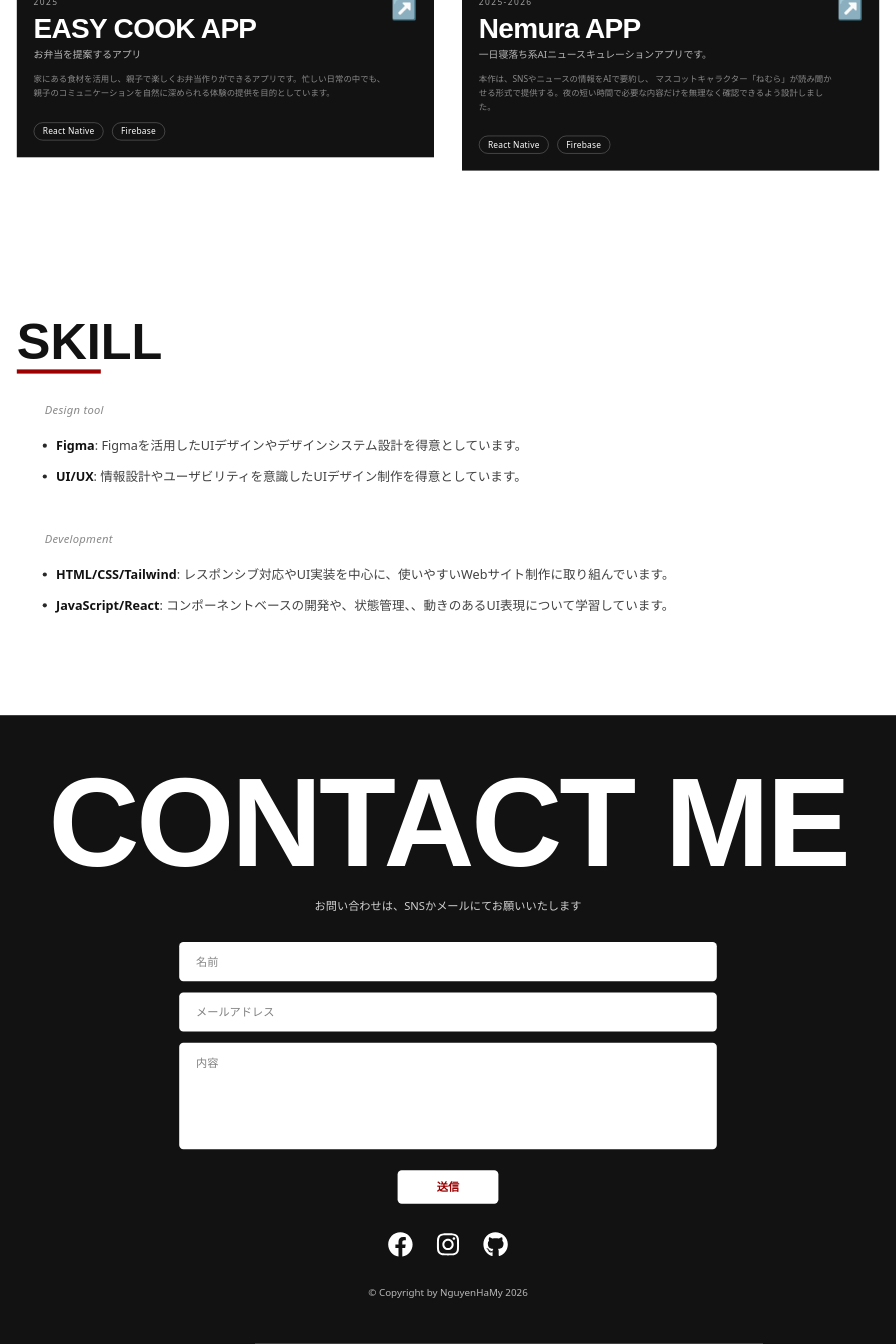
Repository: meme2603/Portfolio-HaMy
Page: / (app in my-portfolio/)
These files come from the project's save history. The page is drawn as it stood at one moment and after the next save; the edit follows.
The browser window is 1280 px wide. The pictures show the part of the page from y = 4354 to 6274 px (the page is 6274 px tall before and 6258 px after), at 70% of full size.
Some web fonts or font styles are not loaded; a fallback is used. The project was rebuilt for these pictures with package versions that can differ from the ones it lists, and the page was loaded fresh each time. Also part of the build but not shown: my-portfolio/vite.config.js.

Above is the page before, as saved 2026-05-29 14:54:00.

### my-portfolio/index.html
<!doctype html>
<html lang="ja">
  <head>
    <meta charset="UTF-8" />

    <link rel="icon" type="image/png" href="/memex2.png" />
    <meta name="viewport" content="width=device-width, initial-scale=1.0" />
    <title>My Portfolio</title>
    <link rel="preconnect" href="https://fonts.googleapis.com" />
    <link rel="preconnect" href="https://fonts.gstatic.com" crossorigin />
    <link
      href="https://fonts.googleapis.com/css2?family=Akshar:wght@300..700&family=Poppins:wght@300;400;600;700&display=swap"
      rel="stylesheet"
    />
  </head>
  <body>
    <div id="root"></div>

    <script type="module" src="/src/main.jsx"></script>
  </body>
</html>

### my-portfolio/src/main.jsx
import React from "react";
import ReactDOM from "react-dom/client";
import App from "./App";
import "./index.css";

ReactDOM.createRoot(document.getElementById("root")).render(
  <React.StrictMode>
    <App />
  </React.StrictMode>,
);

### my-portfolio/src/App.jsx
import Header from "./components/Header";
import Hero from "./components/Hero";
import About from "./components/About";
import Projects from "./components/Projects";
import Skills from "./components/Skills";
import Contact from "./components/Contact";
function App() {
  return (
    <div className="App">
      <Header />
      <Hero />
      <About />
      <Projects />
      <Skills />
      <Contact />
    </div>
  );
}

export default App;

### my-portfolio/src/index.css
@import "tailwindcss";
@theme {
  --color-primary: #9c0000;
  --color-background: #fff;
  --color-font: #121212;

  --opacity-overlay: 0.65;
  --opacity-glass: 0.1;

  --font-poppins: "Poppins", sans-serif;
  --font-akshar: "Akshar", sans-serif;
}

### my-portfolio/src/components/Header.jsx
import { useState } from "react";
function MenuItem({ text }) {
  return (
    <li>
      <a
        href={`#${text.toLowerCase()}`}
        className="text-primary text-xl relative group transition-colors"
      >
        {text}
        <span
          className="
            absolute left-0 -bottom-[4px] w-0 h-[1px] bg-primary
            transition-all duration-300 group-hover:w-full
          "
        ></span>
      </a>
    </li>
  );
}

function Header() {
  const [isOpen, setIsOpen] = useState(false);
  const menuItems = ["About", "Projects", "Contact"];
  return (
    <header className="fixed top-0 left-0 w-full h-24 bg-background border-b border-gray-300 z-60">
      <div className="max-w-7xl mx-auto h-full px-6 flex justify-between items-center">
        <div className="shrink-0">
          <a
            href="/"
            className="text-4xl text-primary font-semibold font-akshar"
          >
            HA MY
          </a>
        </div>

        <nav className="hidden lg:block">
          <ul className="flex space-x-10">
            {menuItems.map((item) => (
              <MenuItem key={item} text={item} />
            ))}
          </ul>
        </nav>

        <button
          onClick={() => setIsOpen(!isOpen)}
          className="block lg:hidden text-primary focus:outline-none z-50"
          aria-label="Menu"
        >
          <svg
            xmlns="http://www.w3.org/2000/svg"
            className="h-8 w-8"
            fill="none"
            viewBox="0 0 24 24"
            stroke="currentColor"
          >
            <path
              strokeLinecap="round"
              strokeLinejoin="round"
              strokeWidth="2"
              d={isOpen ? "M6 18L18 6M6 6l12 12" : "M4 6h16M4 12h16M4 18h16"}
            />
          </svg>
        </button>

        <div
          className={`
            absolute top-24 left-0 w-full bg-background border-b border-gray-300
            flex flex-col items-center shadow-lg lg:hidden
            overflow-hidden transition-all duration-700 ease-in-out
            ${isOpen ? "max-h-96 opacity-100 py-8 space-y-6" : "max-h-0 opacity-0 py-0 space-y-0 border-none"}
          `}
        >
          <div className="flex flex-col items-center w-full py-6 space-y-6">
            <a
              href="#about"
              onClick={() => setIsOpen(false)}
              className="text-primary text-2xl transition-opacity duration-700"
            >
              About
            </a>
            <a
              href="#projects"
              onClick={() => setIsOpen(false)}
              className="text-primary text-2xl transition-opacity duration-700"
            >
              Projects
            </a>
            <a
              href="#contact"
              onClick={() => setIsOpen(false)}
              className="text-primary text-2xl transition-opacity duration-700"
            >
              Contact
            </a>
          </div>
        </div>
      </div>
    </header>
  );
}

export default Header;

### my-portfolio/src/components/Hero.jsx
import avatarImg from "../assets/avatar.png";
function Hero() {
  return (
    <section className="relative w-full h-[calc(100vh-88px)] mt-24 bg-background overflow-hidden flex flex-col items-center pb-16">
      <div className="w-full pt-10 pb-5 z-20">
        <h1
          className="
            text-[90px]
            md:text-[140px]
            lg:text-[210px]
            font-bold
            font-akshar
            text-center
            leading-[0.7]
            text-font
            tracking-tighter
          "
        >
          PORTFOLIO
        </h1>
      </div>

      <div className="relative w-full max-w-[1440px] flex flex-col md:flex-row items-center md:items-end justify-center z-30">
        {/* LEFT */}
        <div className="flex-1 flex justify-center pb-8 md:pb-60 lg:pb-80">
          <div className="flex flex-col items-center text-center space-y-2">
            <p className="text-sm md:text-base lg:text-lg font-poppins">Hi!</p>

            <p className="text-sm md:text-base lg:text-lg font-poppins">
              My name is{" "}
              <span className="font-semibold text-base md:text-lg lg:text-xl font-poppins">
                NGUYEN THI HA MY
              </span>
            </p>

            <p className="text-base md:text-lg lg:text-xl font-light">
              I'm from VietNam
            </p>
          </div>
        </div>

        <div className="relative flex justify-center shrink-0">
          <img
            src={avatarImg}
            alt="Ha My"
            className="
              block
              h-[320px]
              md:h-[460px]
              lg:h-[601px]
              object-cover

            "
          />
        </div>

        <div className="flex-1 flex justify-center pb-8 md:pb-60 lg:pb-80">
          <div className="flex flex-col text-center space-y-2">
            <p className="text-base md:text-lg lg:text-xl font-light">
              I'm{" "}
              <span className="font-semibold text-base md:text-lg lg:text-xl">
                UI/UX Designer
              </span>{" "}
              and
            </p>

            <p className="text-base md:text-lg lg:text-xl font-semibold font-poppins">
              Design Engineer
            </p>

            <p className="text-sm md:text-base lg:text-lg font-light font-poppins">
              Now I'm living in Japan.
            </p>
          </div>
        </div>
      </div>
      <div className="absolute h-13 bottom-0 left-0 w-full bg-font py-3 md:py-4"></div>
      <div className="relative w-full mt-0 md:mt-0 lg:-mt-40 z-40">
        <div className="relative flex justify-center leading-none -mb-8 lg:-mb-12">
          <span
            className="
              absolute
              inset-0
              flex
              justify-center
              translate-x-[4px]
              translate-y-[4px]
              lg:text-[200px]
              md:text-[110px]
              sm:text-[80px]
              font-bold
              font-akshar
              tracking-tighter
              text-font
            "
          >
            Designer
          </span>

          <h2
            className="
              relative
              lg:text-[200px]
              md:text-[110px]
              sm:text-[80px]
              font-bold
              font-akshar
              tracking-tighter
              text-primary
            "
          >
            Designer
          </h2>
        </div>
      </div>

      {/* <div
        className="absolute
                  bottom-3
                  left-1/2
                  -translate-x-1/2
                  z-50
                  px-10
                  py-0.5"
      >
        <p className="text-background text-center text-[10px] md:text-xs font-light tracking-[2px]">
          This is my portfolio. Hope you enjoy it !
        </p>
      </div> */}
    </section>
  );
}

export default Hero;

### my-portfolio/src/components/About.jsx
import aboutImg from "../assets/about.jpg";
function About() {
  return (
    <section className="relative w-full h-auto py-24 bg-background overflow-hidden mt-16">
      <div className="max-w-7xl mx-auto px-6 md:px-10">
        {/* TITLE */}
        <div className="mb-16">
          <h1 className="text-5xl md:text-6xl lg:text-7xl font-bold font-akshar text-font leading-none">
            ABOUT ME
          </h1>

          <div className="w-[80px] md:w-[100px] lg:w-[120px] lg:h-[6px] md:h-[5px] h-[4px] bg-primary mt-1"></div>
        </div>

        {/* CONTENT */}
        <div className="flex flex-col lg:flex-row items-center lg:items-start gap-16">
          {/* LEFT */}
          <div className="w-full lg:w-[380px] shrink-0">
            <div className="bg-white rounded-2xl shadow-md p-5">
              <img
                src={aboutImg}
                alt="About Me"
                className="w-full  h-[300px] object-cover rounded-xl"
              />

              <div className="mt-5">
                <h2 className="text-3xl font-akshar font-bold tracking-wide text-font">
                  NGUYEN THI HA MY
                </h2>

                <p className="text-font/70 text-lg mt-1">2001.03.30</p>
              </div>

              <div className="flex gap-3 mt-6">
                <span className="border border-font rounded-full px-4 py-2 text-sm">
                  UI/UX Designer
                </span>

                <span className="border border-font rounded-full px-4 py-2 text-sm">
                  Design Engineer
                </span>
              </div>
            </div>
          </div>

          {/* RIGHT */}
          <div className="flex-1 max-w-[760px]">
            <h2 className="text-2xl md:text-3xl font-semibold font-akshar text-primary tracking-[4px] mb-8">
              PROFILE!!
            </h2>

            <div className="space-y-6 text-font leading-[2.2] text-sm md:text-base lg:text-lg">
              <p>
                ベトナム出身の
                <span className="font-semibold">
                  グエン ティ ハ ミー（ NGUYEN THI HA MY）
                </span>
                です。
              </p>

              <p>
                現在は専門学校で、
                <span className="font-semibold">デザインやコーディング </span>
                について学びながらWeb制作やフロントエンド技術の基礎を学んでおります。
              </p>

              <p>
                2021年に来日し、最初の1年間は日本語学校で日本語を学びました。
                <br />
                その後、ビジネス専門学校に進学し、日本の文化やビジネスマナー、コミュニケーション力を身につけてまいりました。
                その中で、コンピュータの授業を通して、Webデザインという職業があることを初めて知り、興味を持つようになりました。
              </p>

              <p>
                留学生として日本とベトナム両方の文化に触れてきた経験を活かし、将来はユーザーの多様な視点やニーズを理解し、最適な体験をデザインする
                <span className="font-semibold text-primary text-xl">
                  UI/UXデザイナー
                </span>
                を目指しております。
              </p>
            </div>
          </div>
        </div>
      </div>
    </section>
  );
}
export default About;

### my-portfolio/src/components/Projects.jsx
import ProjectSection from "./ProjectSection";
import { websiteProjects, appProjects } from "./ProjectsData";

function Projects() {
  return (
    <section className="pt-20 bg-background">
      <div className="max-w-7xl mx-auto px-6">
        <h1 className="text-5xl md:text-6xl lg:text-7xl font-akshar font-bold text-font">
          PROJECTS
        </h1>
        <div className="w-[80px] md:w-[100px] lg:w-[120px] lg:h-[6px] md:h-[5px] h-[4px] bg-primary mt-1 mb-20"></div>
        <ProjectSection
          title="Website Design"
          description="学校で学んだ知識を活かし、企画からデザイン、コーディングまで一貫して制作したWebプロジェクトです。"
          projects={websiteProjects}
        />
        <ProjectSection
          title="Application Design"
          description="チームプロジェクトとして、企画からUI/UX設計までチームで共同制作したモバイルアプリです。"
          projects={appProjects}
        />
      </div>
    </section>
  );
}

export default Projects;

### my-portfolio/src/components/Skills.jsx
import { skillData } from "./ProjectsData";

function Skill() {
  return (
    <section className="w-full pt-20 pb-16">
      <div className="max-w-7xl mx-auto px-6 pb-10">
        <h2 className="text-5xl md:text-6xl lg:text-7xl font-bold font-akshar text-font leading-none">
          SKILL
        </h2>

        <div className="w-[80px] md:w-[100px] lg:w-[120px] lg:h-[6px] md:h-[5px] h-[4px] bg-primary mt-1"></div>
      </div>

      <div className="max-w-7xl mx-auto px-16 space-y-16">
        {skillData.map((group, index) => (
          <div key={index}>
            <h3 className="text-base font-medium text-font/50 mb-6 tracking-wide italic">
              {group.category}
            </h3>

            <ul className="space-y-4 pl-4">
              {group.skills.map((skill, sIndex) => (
                <li key={sIndex} className="list-disc text-font/90 text-lg">
                  <span className="font-bold text-font">{skill.name}</span>
                  <span className="text-font/80 font-light">
                    : {skill.status} {skill.desc}
                  </span>
                </li>
              ))}
            </ul>
          </div>
        ))}
      </div>
    </section>
  );
}

export default Skill;

### my-portfolio/src/components/Contact.jsx
import { FaFacebook, FaInstagram, FaGithub } from "react-icons/fa";

function Contact() {
  return (
    <section className="bg-font text-background py-16 overflow-hidden mt-20">
      <div className="max-w-7xl mx-auto px-6">
        <h1
          className="
                text-center
                font-akshar
                font-bold
                leading-none
                tracking-tight
                text-[70px]
                sm:text-[100px]
                md:text-[140px]
                lg:text-[180px]
                "
        >
          CONTACT ME
        </h1>
        <p
          className="
                text-center
                text-sm
                md:text-base
                text-white/80
                mt-4
                mb-10
                "
        >
          お問い合わせは、SNSかメールにてお願いいたします
        </p>
        <form className="max-w-3xl mx-auto">
          <input
            type="text"
            placeholder="名前"
            className="
                    w-full
                    bg-background
                    text-font
                    rounded-md
                    px-6
                    py-4
                    mb-4
                    outline-none
                "
          />
          <input
            type="email"
            placeholder="メールアドレス"
            className="
                    w-full
                    bg-white
                    text-black
                    rounded-md
                    px-6
                    py-4
                    mb-4
                    outline-none
                "
          />
          <textarea
            placeholder="内容"
            rows="5"
            className="
                    w-full
                    bg-white
                    text-black
                    rounded-md
                    px-6
                    py-4
                    outline-none
                    resize-none
                "
          ></textarea>
          <div className="flex justify-center mt-6">
            <button
              className="
                    bg-background
                    text-primary
                    px-14
                    py-3
                    rounded-md
                    font-semibold
                    transition-all
                    duration-300
                    hover:scale-105
                    "
            >
              送信
            </button>
          </div>
        </form>
        <div className="flex justify-center gap-8 mt-10 text-4xl">
          <a href="/" className="hover:scale-110 transition-all duration-300">
            <FaFacebook />
          </a>

          <a href="/" className="hover:scale-110 transition-all duration-300">
            <FaInstagram />
          </a>

          <a href="/" className="hover:scale-110 transition-all duration-300">
            <FaGithub />
          </a>
        </div>

        {/* COPYRIGHT */}
        <p
          className="
                text-center
                text-sm
                text-background/70
                mt-10
                "
        >
          © Copyright by NguyenHaMy 2026
        </p>
      </div>
    </section>
  );
}

export default Contact;

### my-portfolio/src/components/ProjectSection.jsx
import ProjectCard from "./ProjectCard";

function ProjectSection({ title, description, projects }) {
  return (
    <section className="mb-32">
      <h2
        className="
          text-[32px]
          leading-none
          font-bold
          font-akshar
          tracking-tight
          text-primary
        "
      >
        {title}
      </h2>

      <p
        className="
          mt-4
          text-font/70
          leading-relaxed
        "
      >
        {description}
      </p>

      <div className="grid grid-cols-1 md:grid-cols-2 gap-10 mt-14">
        {projects.slice(0, 4).map((project, index) => (
          <ProjectCard
            key={index}
            year={project.year}
            title={project.title}
            titleJP={project.titleJP}
            description={project.desc}
            tags={project.tags}
            image={project.img}
          />
        ))}
      </div>
    </section>
  );
}

export default ProjectSection;

### my-portfolio/src/components/ProjectsData.js
// projectsData.js
// 1. Import ảnh ở đầu file để JS hiểu đường dẫn
import portfoliothumb from "../assets/portfoliothumb.jpg";
import coffeethumb from "../assets/coffeethumb.jpg";
import sneakerthumb from "../assets/sneakerthumb.jpg";
import okayamathumb from "../assets/okayamathumb.jpg";
import nemurathumb from "../assets/nemurathumb.jpg";
import easycookthumb from "../assets/easycookthumb.jpg";

export const websiteProjects = [
  {
    year: "2025",
    title: "Coffee Shop",
    titleJP: "カフェショップサイト",
    desc: "家族みんなが安心して過ごせるカフェをテーマに、Webサイトを制作しました。",
    tags: ["Figma", "HTML", "CSS", "JavaScript"],
    img: coffeethumb,
  },
  {
    year: "2026",
    title: "Portfolio.",
    titleJP: "ポートフォリオ",
    desc: "就職活動のために制作したポートフォリオサイトです。",
    tags: ["Figma", "React", "Tailwind"],
    img: portfoliothumb,
  },
  {
    year: "2025",
    title: "Sneaker LP",
    titleJP: "スニーカーLP",
    desc: "新作スニーカーの販売に向けた、ランディングページを制作しました。",
    tags: ["Figma", "HTML", "SCSS"],
    img: sneakerthumb,
  },
  {
    year: "2025",
    title: "Okayama kankou",
    titleJP: "観光サイト",
    desc: "昔話「桃太郎」をテーマに、岡山の伝説・史実・文化を体験できる観光サイトを制作しました。",
    tags: ["Figma", "UI/UX"],
    img: okayamathumb,
  },
];

export const appProjects = [
  {
    year: "2025",
    title: "EASY COOK APP",
    titleJP: "お弁当を提案するアプリ",
    desc: "家にある食材を活用し、親子で楽しくお弁当作りができるアプリです。忙しい日常の中でも、親子のコミュニケーションを自然に深められる体験の提供を目的としています。",
    tags: ["React Native", "Firebase"],
    img: easycookthumb,
  },
  {
    year: "2025-2026",
    title: "Nemura APP",
    titleJP: "一日寝落ち系AIニュースキュレーションアプリです。",
    desc: "本作は、SNSやニュースの情報をAIで要約し、 マスコットキャラクター「ねむら」が読み聞かせる形式で提供する。夜の短い時間で必要な内容だけを無理なく確認できるよう設計しました。",
    tags: ["React Native", "Firebase"],
    img: nemurathumb,
  },
];

// skillsData.js
export const skillData = [
  {
    category: "Design tool",
    skills: [
      {
        name: "Figma",
        // status: "上級",
        desc: "Figmaを活用したUIデザインやデザインシステム設計を得意としています。",
      },
      {
        name: "UI/UX",
        // status: "上級",
        desc: "情報設計やユーザビリティを意識したUIデザイン制作を得意としています。",
      },
    ],
  },
  {
    category: "Development",
    skills: [
      {
        name: "HTML/CSS/Tailwind",
        // status: "基礎レベル",
        desc: "レスポンシブ対応やUI実装を中心に、使いやすいWebサイト制作に取り組んでいます。",
      },
      {
        name: "JavaScript/React",
        // status: "基礎知識・学習中",
        desc: "コンポーネントベースの開発や、状態管理、、動きのあるUI表現について学習しています。",
      },
    ],
  },
];

### my-portfolio/src/components/ProjectCard.jsx
// ProjectCard = component dùng để hiển thị 1 project card
function ProjectCard({ year, title, titleJP, description, tags, image }) {
  return (
    <div className="group cursor-pointer ">
      <div className="overflow-hidden bg-font">
        <img
          src={image}
          alt={title}
          className="
            w-full
            object-cover
            transition-all
            duration-500
            group-hover:scale-105
            group-hover:opacity-90
          "
        />
      </div>

      {/* INFO */}
      <div className="bg-font text-background px-6 py-6 ">
        <div className="flex items-start justify-between">
          <div>
            {/* ĐIỀN NĂM VÀO ĐÂY */}
            <p className="text-[12px] tracking-[2px] text-background/60 ">
              {year}
            </p>

            {/* ĐIỀN TIÊU ĐỀ VÀO ĐÂY */}
            <h3
              className="
                text-[40px]
                leading-none
                font-bold
                font-akshar
                tracking-tight
                mt-2
              "
            >
              {title}
            </h3>

            {/* ĐIỀN TIẾNG NHẬT VÀO ĐÂY */}
            <p className="text-sm text-background/70 mt-2">{titleJP}</p>

            {/* ĐIỀN MÔ TẢ VÀO ĐÂY */}
            <p className="text-xs text-background/50 leading-relaxed mt-4">
              {description}
            </p>
          </div>

          <div
            className="
              text-3xl
              transition-transform
              duration-300
              group-hover:translate-x-1
              group-hover:-translate-y-1
            "
          >
            ↗
          </div>
        </div>

        {/* BOTTOM - CHỖ NÀY ĐỂ HIỆN TAGS TỰ ĐỘNG NÈ */}
        <div className="mt-8 flex items-center gap-3 flex-wrap">
          {tags &&
            tags.map((tag, index) => (
              <span
                key={index}
                className="
                border
                border-background/30
                rounded-full
                px-3
                py-1
                text-xs
                tracking-wide
              "
              >
                {tag}
              </span>
            ))}
        </div>
      </div>
    </div>
  );
}

export default ProjectCard;

After the next save:
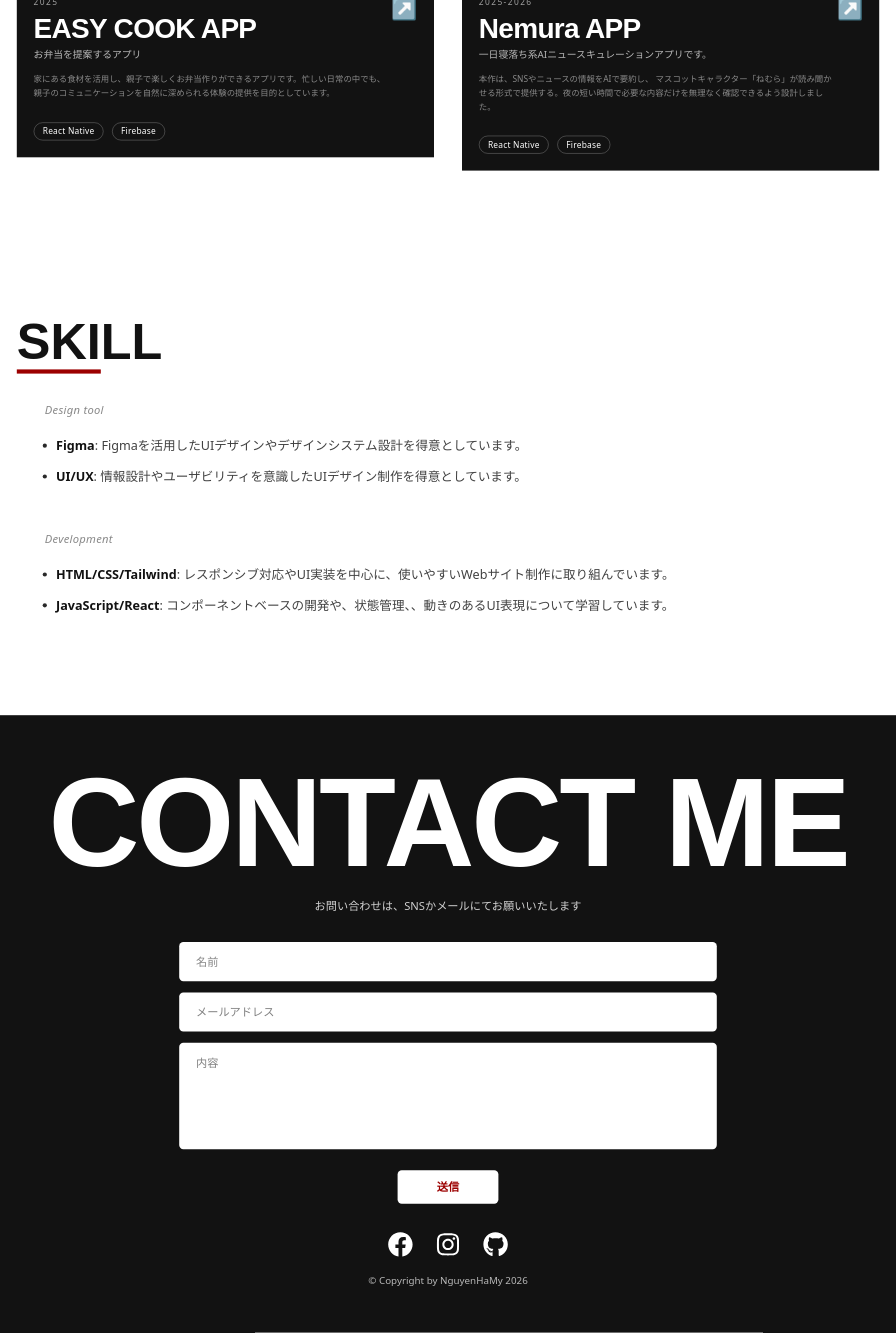
Saved 7 s later.
--- a/my-portfolio/src/components/Contact.jsx
+++ b/my-portfolio/src/components/Contact.jsx
@@ -112,7 +112,7 @@ function Contact() {
                 text-center
                 text-sm
                 text-background/70
-                mt-10
+                mt-6
                 "
         >
           © Copyright by NguyenHaMy 2026
